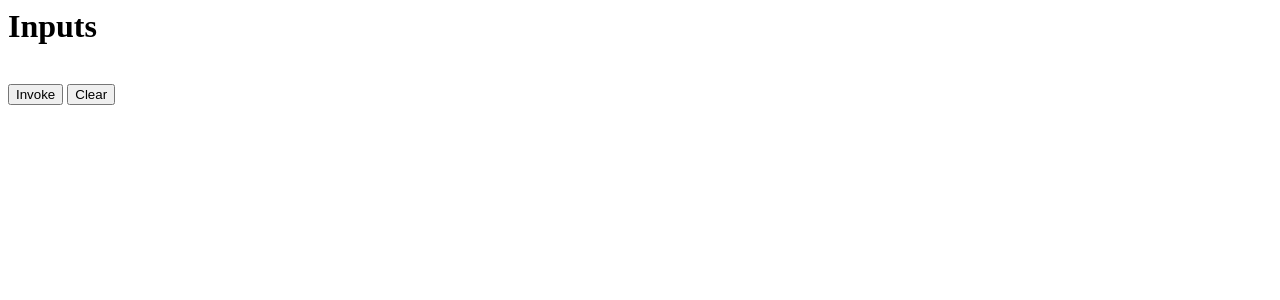
Repository: kuska-marcin/SRIR
Page: http://localhost/KantorWSClient/sampleKantorPrzeliczProxy/Input.jsp?method=2
These files come from the project's save history. The page is drawn as it stood at one moment and after the next save; the edit follows.
The browser window is 1280 px wide. The pictures show the whole page.
The page is served by Tomcat 9.

Above is the page before, as saved 2016-01-12 22:21:29.

After the next save:
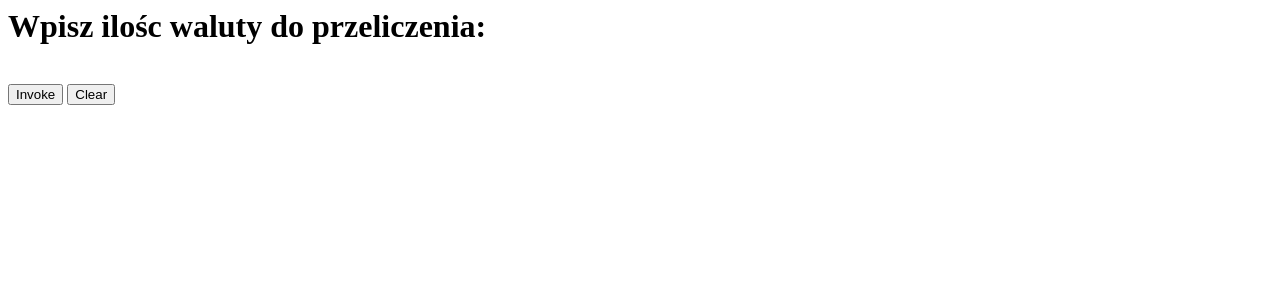
Saved 16 s later.
--- a/KantorWSClient/WebContent/sampleKantorPrzeliczProxy/Input.jsp
+++ b/KantorWSClient/WebContent/sampleKantorPrzeliczProxy/Input.jsp
@@ -4,7 +4,7 @@
 <TITLE>Wprowadź</TITLE>
 </HEAD>
 <BODY>
-<H1>Inputs</H1>
+<H1>Wpisz ilośc waluty do przeliczenia:</H1>
 
 <%
 String method = request.getParameter("method");
